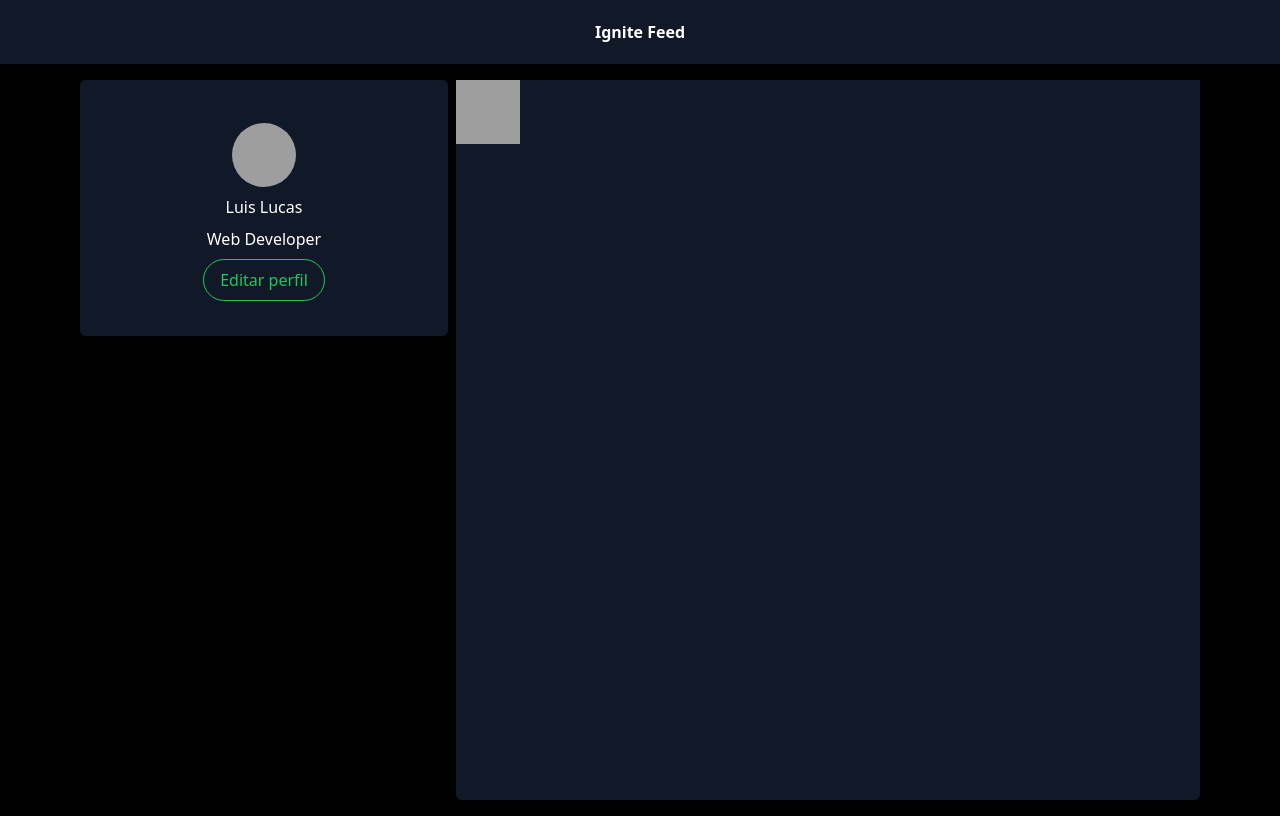
Repository: LuisSempre/ignite-feed
Page: /
An editor plug-in stored every save of this project. The page is shown before and after the next save, followed by the edit.
The browser window is 1280 px wide. The pictures show the whole page.
Pictures or frames that could not be fetched are drawn as grey boxes. The project was rebuilt for these pictures with package versions that can differ from the ones it lists, and the page was loaded fresh each time. Also part of the build but not shown: vite.config.js.

Above is the page before, as saved 2022-07-13 22:48:33.

After the next save:
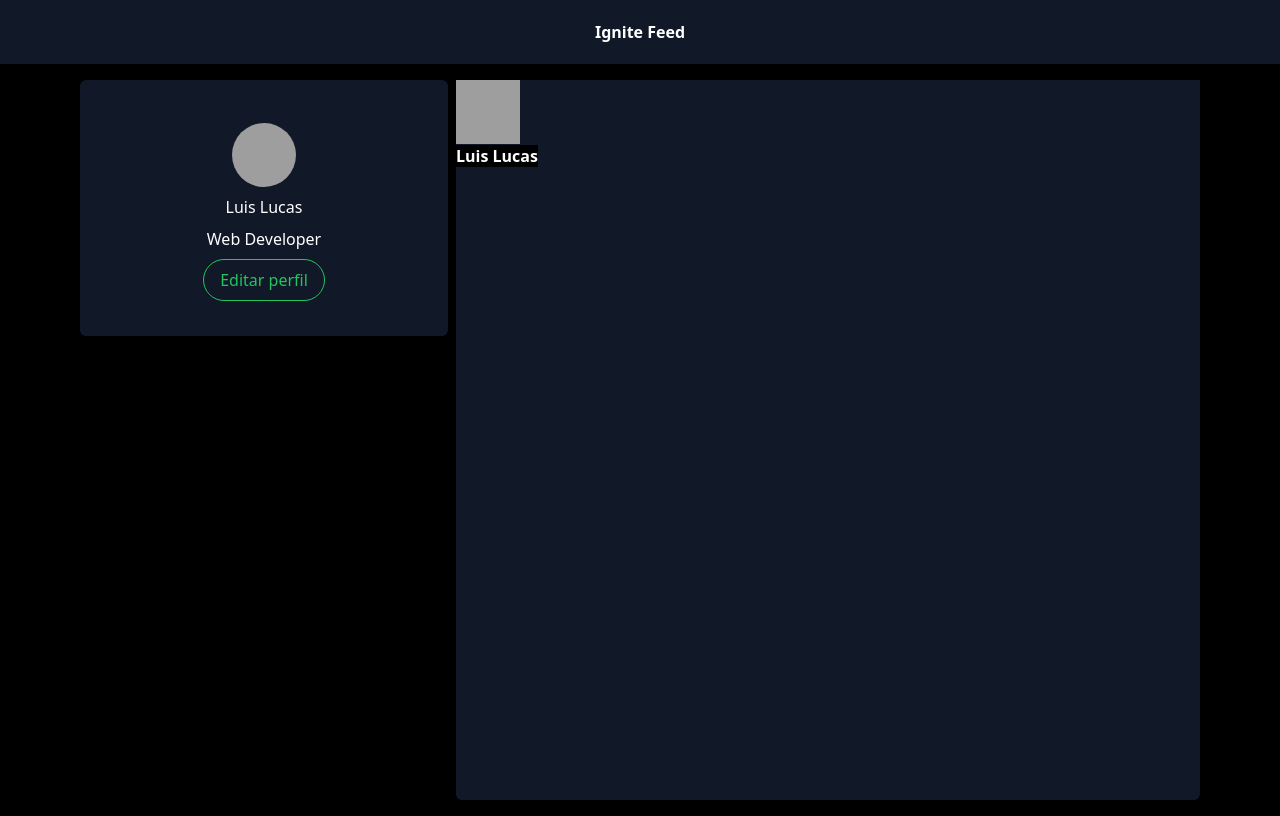
Saved 20 s later.
--- a/src/Components/Post.jsx
+++ b/src/Components/Post.jsx
@@ -6,6 +6,7 @@ export function Post() {
                 <img
                 className="h-16 w-16"
                 src="https://github.com/luissempre.png" alt="" />
+                <strong>Luis Lucas</strong>
                 </div>
             </div>
         </div>
